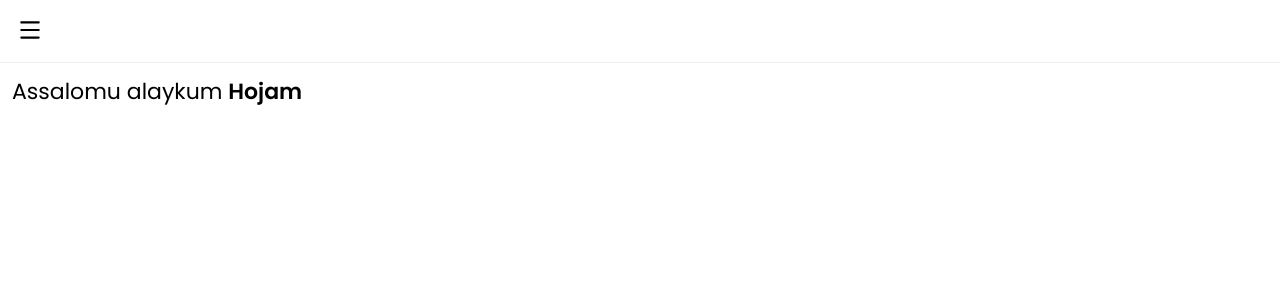
Repository: zaynobiddinovofficel-debug/KotibaAI
Page: / (app in web/)
An editor plug-in stored every save of this project. The page is shown before and after the next save, followed by the edit.
The browser window is 1280 px wide. The pictures show the whole page.
Some web fonts or font styles are not loaded; a fallback is used. The project was rebuilt for these pictures with package versions that can differ from the ones it lists, and the page was loaded fresh each time. Also part of the build but not shown: web/vite.config.js.

Above is the page before, as saved 2026-03-25 20:11:23.

### web/index.html
<!doctype html>
<html lang="en">
  <head>
    <meta charset="UTF-8" />
    <link rel="icon" type="image/svg+xml" href="/vite.svg" />
    <meta name="viewport" content="width=device-width, initial-scale=1.0" />
    <title>web</title>
    <link rel="preconnect" href="https://fonts.googleapis.com">
    <link rel="preconnect" href="https://fonts.gstatic.com" crossorigin>
    <link href="https://fonts.googleapis.com/css2?family=Barlow+Semi+Condensed:ital,wght@0,100;0,200;0,300;0,400;0,500;0,600;0,700;0,800;0,900;1,100;1,200;1,300;1,400;1,500;1,600;1,700;1,800;1,900&family=Big+Shoulders:opsz,wght@10..72,100..900&family=Chewy&family=Inter:ital,opsz,wght@0,14..32,100..900;1,14..32,100..900&family=Lexend+Deca:wght@100..900&family=Poppins:ital,wght@0,100;0,200;0,300;0,400;0,500;0,600;0,700;0,800;0,900;1,100;1,200;1,300;1,400;1,500;1,600;1,700;1,800;1,900&family=Roboto+Condensed:ital,wght@0,100..900;1,100..900&display=swap" rel="stylesheet">
  </head>
  <body class="font-[Poppins]">
    <div id="root"></div>
    <script type="module" src="/src/main.jsx"></script>
  </body>
</html>

### web/src/App.jsx
import { Button } from "@/components/ui/button"
import { MenuIcon } from "lucide-react"
import React from "react"
export default function App() {
  const [tasks,setTasks] = React.useState(localStorage.getItem("tasks"));
  const [username,setUsername] = React.useState(localStorage.getItem("username"));
  return (
    <>
    <div className="px-3 py-3 max-w-[1280px] w-full border-b border-b-[#0001]">
      <Button className={`w-[36px]`} variant={'ghost'}>
        <MenuIcon className="size-6.5" />
      </Button>
    </div>
    {tasks??
    <div className="px-3 py-3 max-w-[1280px] w-full">
    <span className="text-[22px]">Assalomu alaykum <b className="font-[550]">{username==null?"Hojam":username}</b></span>
    </div>}
    </>
  )
}

### web/src/components/ui/button.jsx
import * as React from "react"
import { Slot } from "@radix-ui/react-slot"
import { cva } from "class-variance-authority"

import { cn } from "@/lib/utils"

const buttonVariants = cva(
  "inline-flex items-center justify-center gap-2 whitespace-nowrap rounded-md text-sm font-medium transition-[color,box-shadow,transform] !duration-0 disabled:pointer-events-none disabled:opacity-50 [&_svg]:pointer-events-none [&_svg:not([class*='size-'])]:size-4 shrink-0 [&_svg]:shrink-0 outline-none focus-visible:border-ring focus-visible:ring-ring/50 focus-visible:ring-[3px] aria-invalid:ring-destructive/20 dark:aria-invalid:ring-destructive/40 aria-invalid:border-destructive active:scale-[0.98]",
  {
    variants: {
      variant: {
        default:
          "bg-primary text-primary-foreground shadow-xs hover:bg-primary/90",
        destructive:
          "bg-destructive text-white shadow-xs hover:bg-destructive/90 focus-visible:ring-destructive/20",
        outline:
          "border bg-background shadow-xs hover:bg-accent hover:text-accent-foreground",
        secondary:
          "bg-secondary text-secondary-foreground shadow-xs hover:bg-secondary/80",
        ghost: "hover:bg-accent hover:text-accent-foreground",
        link: "text-primary underline-offset-4 hover:underline",
      },
      size: {
        default: "h-9 px-4 py-2",
        sm: "h-8 rounded-md gap-1.5 px-3",
        lg: "h-10 rounded-md px-6",
        icon: "size-9",
      },
    },
    defaultVariants: {
      variant: "default",
      size: "default",
    },
  }
)

function Button({ className, variant, size, asChild = false, ...props }) {
  const Comp = asChild ? Slot : "button"

  return (
    <Comp
      data-slot="button"
      className={cn(buttonVariants({ variant, size, className }))}
      {...props}
    />
  )
}

export { Button, buttonVariants }

Loaded but not shown: web/src/main.jsx (common file); web/src/index.css (common file); web/src/lib/utils.js (common file)

After the next save:
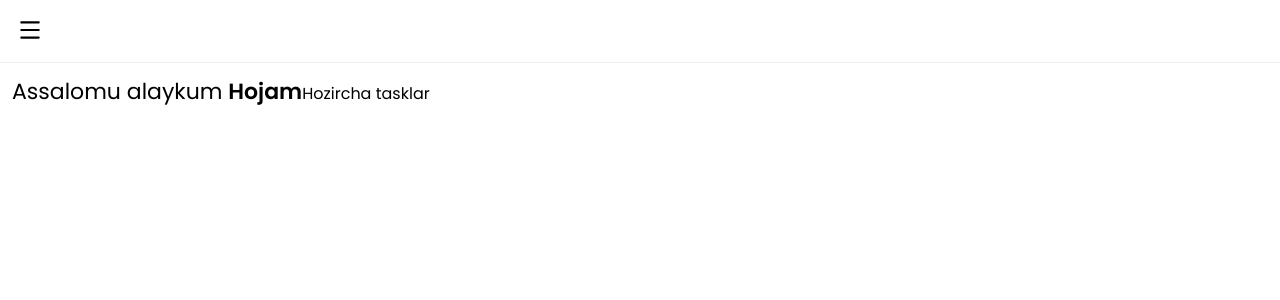
Saved 8 s later.
--- a/web/src/App.jsx
+++ b/web/src/App.jsx
@@ -14,6 +14,7 @@ export default function App() {
     {tasks??
     <div className="px-3 py-3 max-w-[1280px] w-full">
     <span className="text-[22px]">Assalomu alaykum <b className="font-[550]">{username==null?"Hojam":username}</b></span>
+    <span>Hozircha tasklar </span>
     </div>}
     </>
   )
